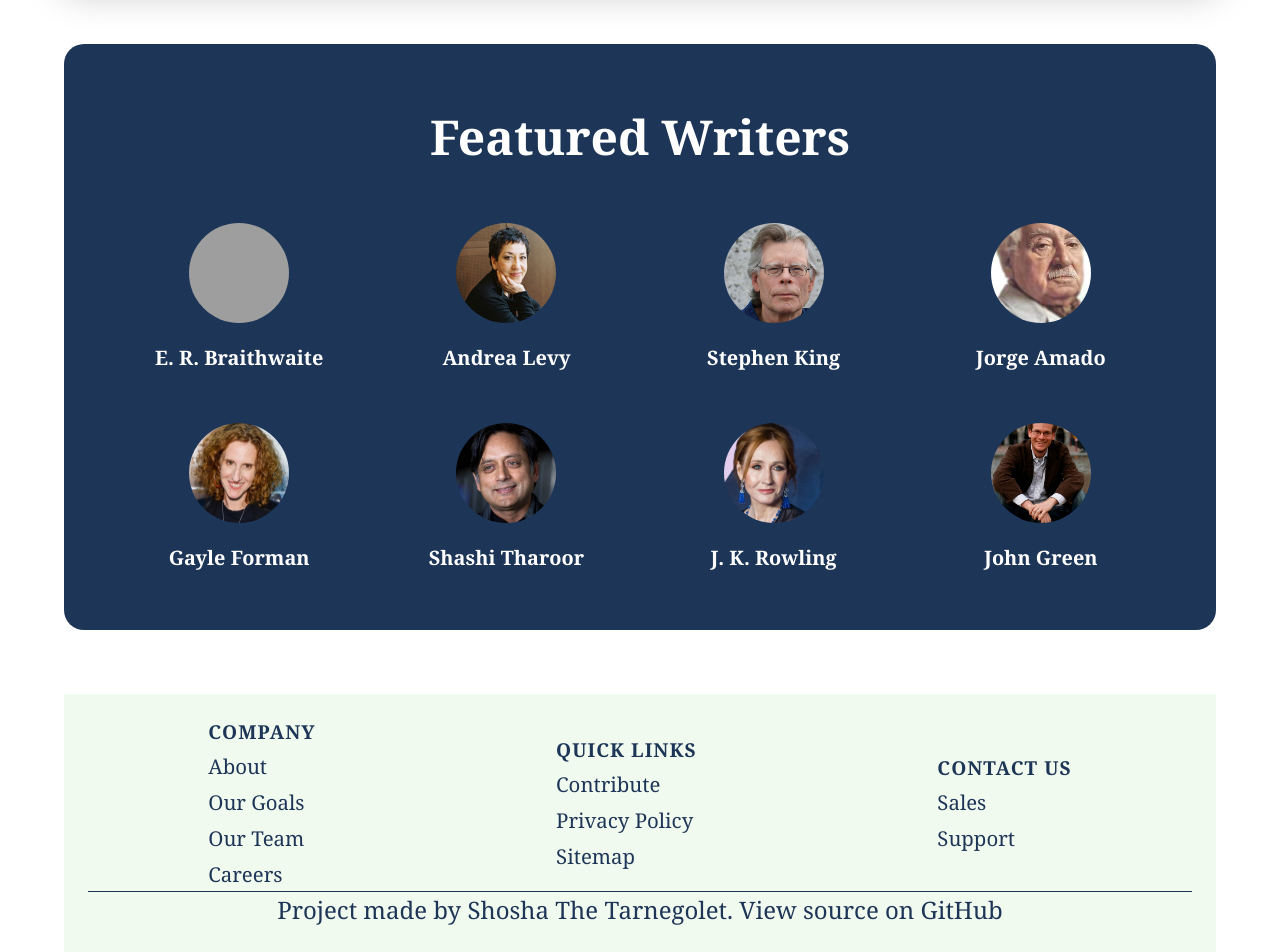
Repository: ShoshaTheTarnegolet/landing-page
Page: index.html
The author's editor kept a copy of each file at every save. The page is drawn from the files as they stood at one save, then again after a run of saves.
The browser window is 1280 px wide. The pictures show the part of the page from y = 3209 to 4161 px (the page is 4161 px tall).
Pictures or frames that could not be fetched are drawn as grey boxes. A picture or video elsewhere on the page could not be fetched, so the positions and the page height are approximate. Some web libraries are served in a nearby version.

Above is the page before, as saved 2021-12-30 14:21:58.

After the next 3 saves:
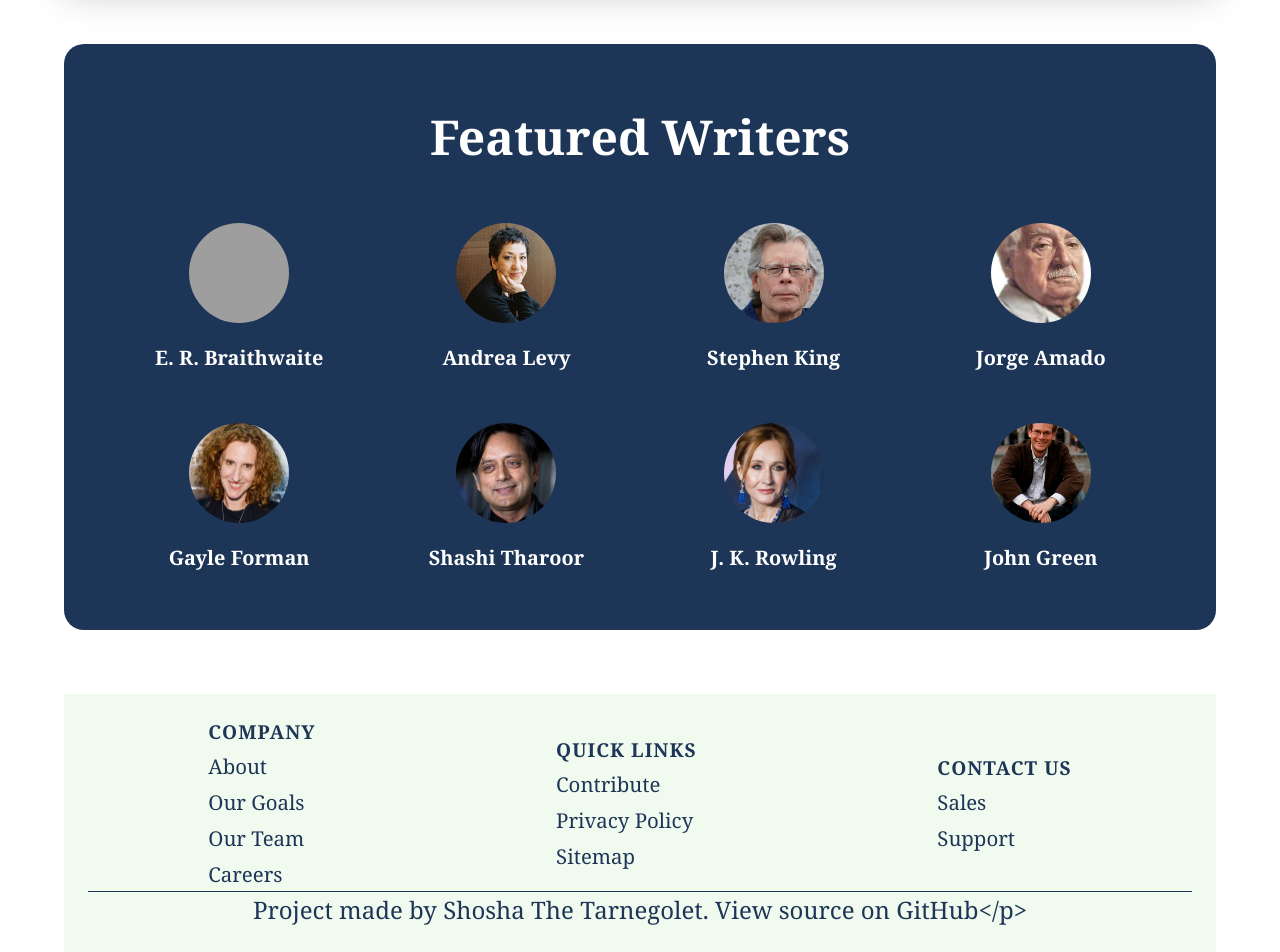
The 3 saves are shown as one change because they came seconds apart.
The last was saved 25 min 23 s later.
--- a/index.html
+++ b/index.html
@@ -292,7 +292,7 @@
         </nav>
       </div>
       <div class="copyright">
-        <p>   Project made by Shosha The Tarnegolet. View source on GitHub</p>
+        <p>   Project made by Shosha The Tarnegolet. View source on <a >GitHub<</di>/p>
             </div>
       </footer>
     <script src="./app.js"></script>
